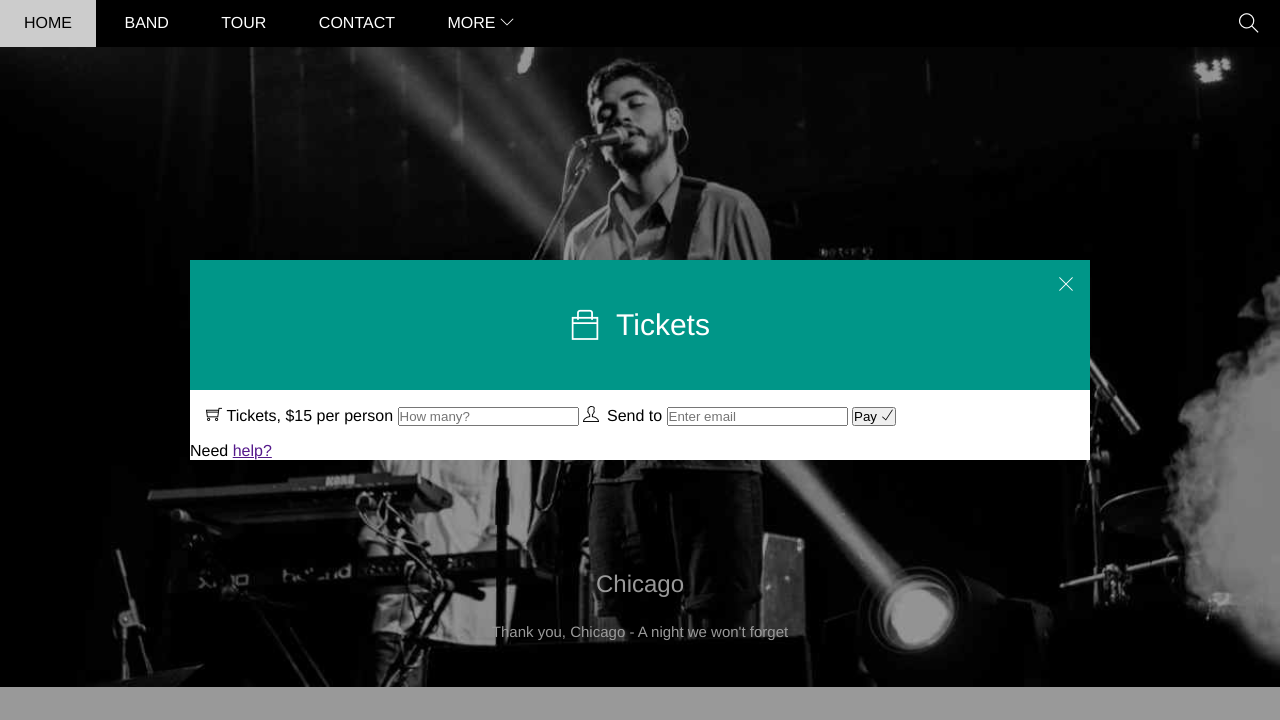
Repository: qhoa25623/The-Band
Page: index.html
The author's editor kept a copy of each file at every save. The page is drawn from the files as they stood at one save, then again after the next save.
The browser window is 1280 px wide. The pictures show the window.
A layer covers the whole window, so only the first screen is drawn.

Above is the page before, as saved 2022-04-27 23:00:28.

After the next save:
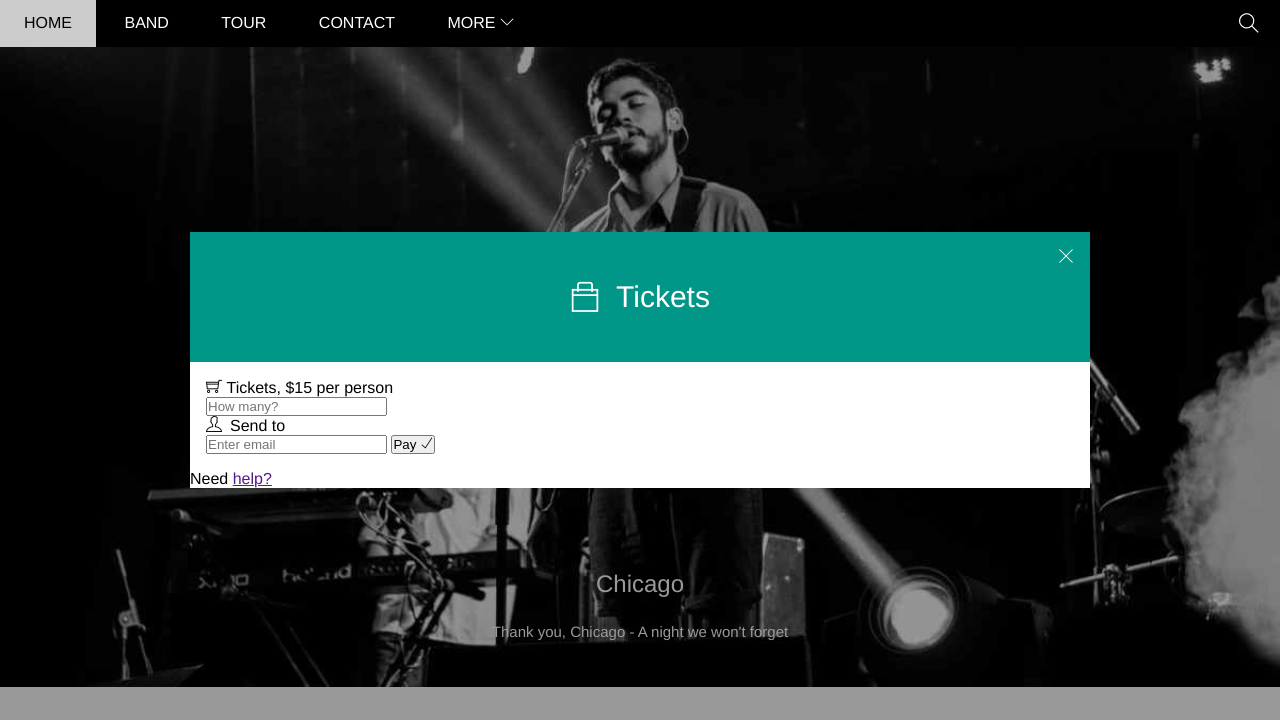
Saved 4 s later.
--- a/assets/css/styles.css
+++ b/assets/css/styles.css
@@ -275,5 +275,5 @@ html {
   padding:16px;
 }
 .modal-label{
-  disp
-}
+  display:block;
+}
